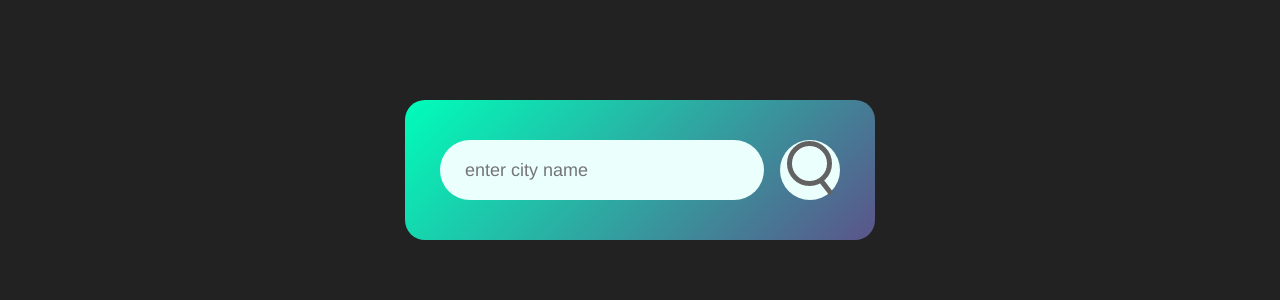
Repository: sodmaq/weatherApp
Page: index.html
An editor plug-in stored every save of this project. The page is shown before and after a run of saves, followed by the edit.
The browser window is 1280 px wide. The pictures show the whole page.

Above is the page before, as saved 2023-06-24 22:08:59.

### index.html
<!DOCTYPE html>
<html lang="en">
  <head>
    <meta charset="UTF-8" />
    <meta name="viewport" content="width=device-width, initial-scale=1.0" />
    <link rel="stylesheet" href="style.css">
    <title>Weather App</title>
  </head>
  <body>
    <div class="card">
      <div class="search">
        <input type="text" placeholder="enter city name" spellcheck="false" />
        <button><img src="images/search.png" alt="search_icon"></button>
      </div>
    </div>
  </body>
</html>

### style.css
* {
  margin: 0;
  padding: 0;
  font-family: "Franklin Gothic Medium", "Arial Narrow", Arial, sans-serif;
  box-sizing: border-box;
}
body {
  background-color: #222;
}

.card {
  width: 90%;
  max-width: 470px;
  background: linear-gradient(135deg, #00feba, #5b548a);
  color: #fff;
  margin: 100px auto 0;
  border-radius: 20px;
  padding: 40px 35px;
  text-align: center;
}
.search {
  width: 100%;
  display: flex;
  align-items: center;
  justify-content: space-between;
}

.search input {
  border: 0;
  outline: 0;
  background: #ebfffc;
  color: #555;
  padding: 10px 25px;
  height: 60px;
  border-radius: 30px;
  flex: 1;
  margin-right: 16px;
  font-size: 18px;
}
.search button {
  border: 0;
  outline: 0;
  background: #ebfffc;
  border-radius: 50%;
  width: 60px;
  height: 60px;
  cursor: pointer;
}
.search button img

After the next 5 saves:
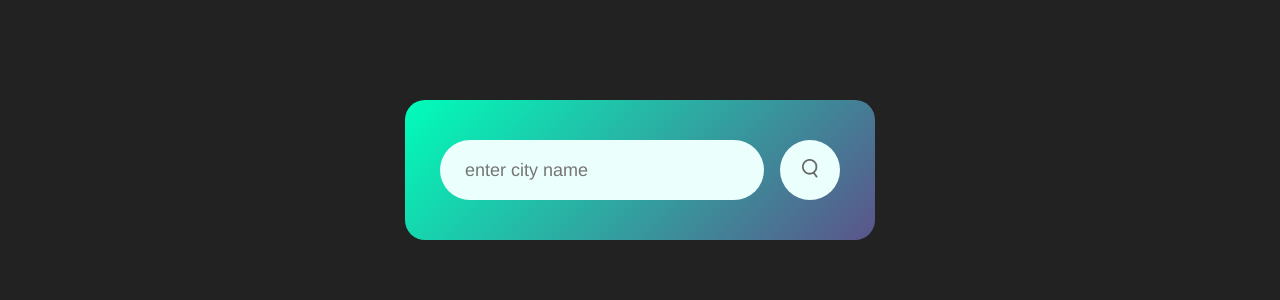
The 5 saves are shown as one change because they came seconds apart.
The last was saved 13 s later.
--- a/style.css
+++ b/style.css
@@ -46,4 +46,6 @@ body {
   height: 60px;
   cursor: pointer;
 }
-.search button img
+.search button img{
+    width: 16px;
+}
